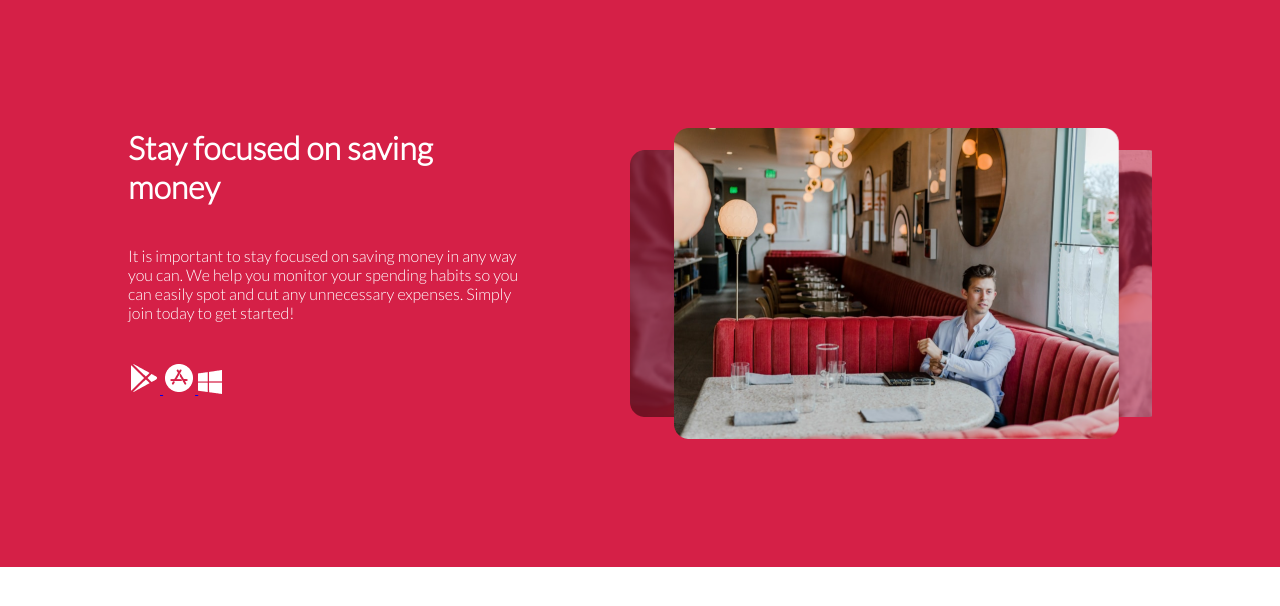
Repository: batonAnton/Cursor_lecture4
Page: index.html
These files come from the project's save history. The page is drawn as it stood at one moment and after the next save; the edit follows.
The browser window is 1280 px wide. The pictures show the whole page.

Above is the page before, as saved 2022-06-08 14:10:06.

### index.html
<!DOCTYPE html>
<html lang="en">
<head>
    <meta charset="UTF-8">
    <meta http-equiv="X-UA-Compatible" content="IE=edge">
    <meta name="viewport" content="width=device-width, initial-scale=1.0">
    <title>CloudBudget Freebie</title>
    <link rel="preconnect" href="https://fonts.googleapis.com">
    <link rel="preconnect" href="https://fonts.gstatic.com" crossorigin>
    <link href="https://fonts.googleapis.com/css2?family=Lato:wght@300&display=swap" rel="stylesheet">
    <link rel="stylesheet" href="css/style.css">
</head>
<body>
    <header>
        <div class="info-box">
            <h1>Stay focused on saving <br> money</h1>
            <p>It is important to stay focused on saving money in any way you can. We help you monitor your spending habits so you can easily spot and cut any unnecessary expenses. Simply join today to get started!</p>

            <div class="link_source">
                <a href="https://play.google.com/store/games?hl=uk&gl=US">
                    <img src="/image/icon/google_play.png" alt="icon-google">
                </a>
                <a href="https://www.apple.com/ua/app-store/">
                    <img src="/image/icon/apstore.png" alt="icon-apstore">
                </a>
                <a href="https://www.microsoft.com/uk-ua/software-download/windows10">
                    <img src="/image/icon/windows.png" alt="icon-windows">
                </a>
            </div>
        </div>

        <div class="big_img"></div>
    </header>
</body>
</html>

### css/style.css
* {
  font-family: "Lato", sans-serif;
  margin: 0;
  padding: 0;
  box-sizing: border-box;
}

header {
  width: 100%;
  padding: 10%;
  color: #ffffff;
  display: inline-flex;
  background-color: #d52047;
}

.info-box {
  width: 50%;
}

.info-box p {
  width:80% ;
  margin: 40px 0;
}

.big_img {
  background-image: url("/image/Photo.png");
  width: 533px;
  height: 311px;
}

After the next save:
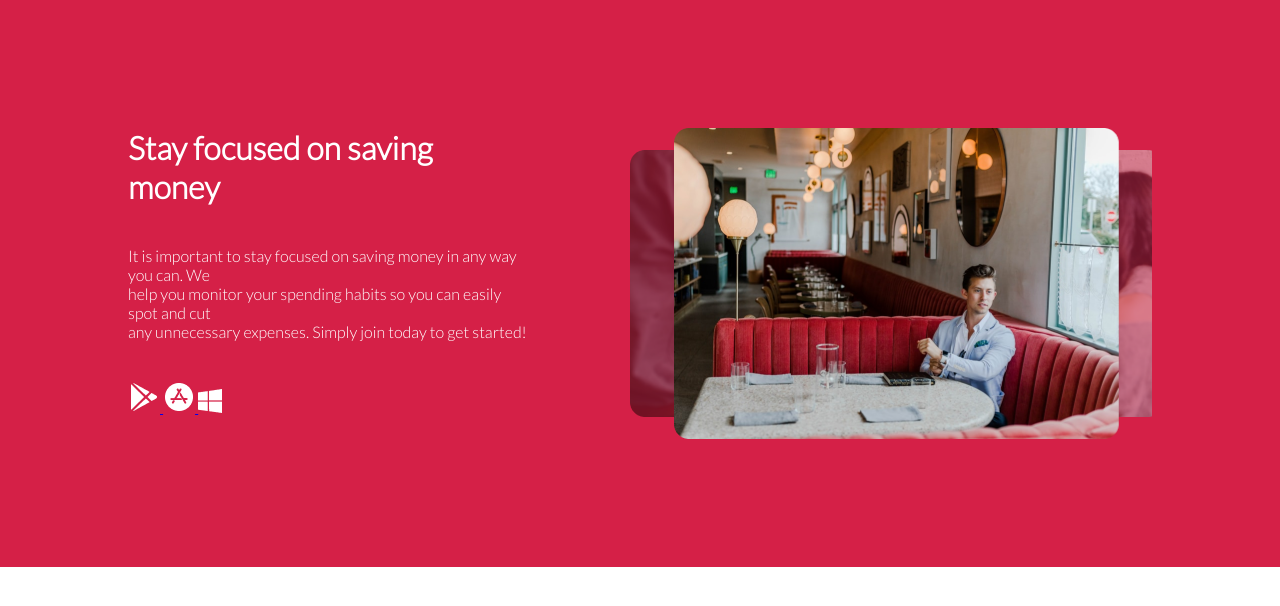
Saved 4 min 57 s later.
--- a/index.html
+++ b/index.html
@@ -14,7 +14,7 @@
     <header>
         <div class="info-box">
             <h1>Stay focused on saving <br> money</h1>
-            <p>It is important to stay focused on saving money in any way you can. We help you monitor your spending habits so you can easily spot and cut any unnecessary expenses. Simply join today to get started!</p>
+            <p>It is important to stay focused on saving money in any way you can. We <br> help you monitor your spending habits so you can easily spot and cut <br> any unnecessary expenses. Simply join today to get started!</p>
 
             <div class="link_source">
                 <a href="https://play.google.com/store/games?hl=uk&gl=US">
